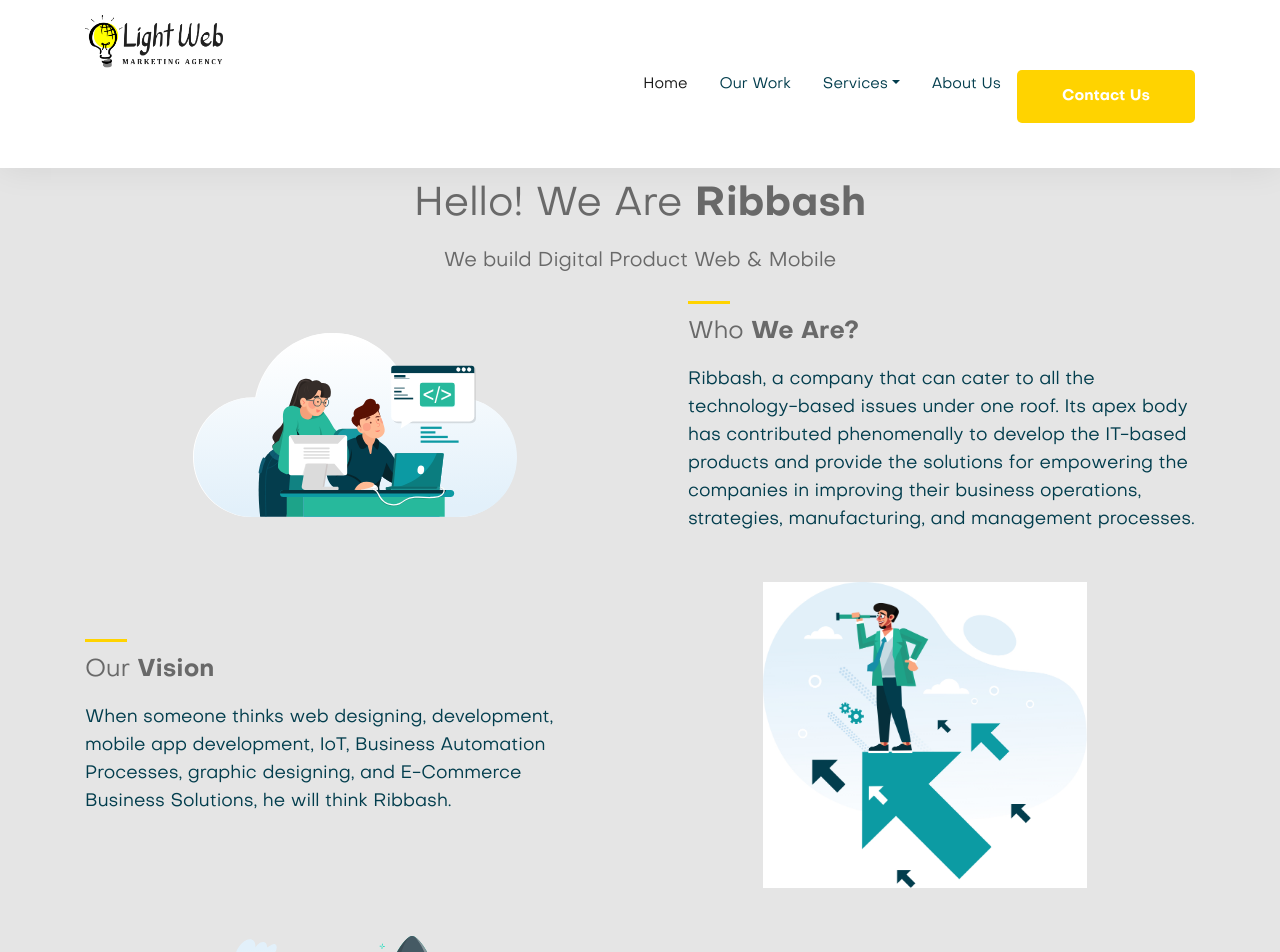
Repository: ahsankalim09/light-Agency
Page: about-us.html
An editor plug-in stored every save of this project. The page is shown before and after the next save, followed by the edit.
The browser window is 1280 px wide. The pictures show the part of the page from y = 0 to 952 px (the page is 3515 px tall).

Above is the page before, as saved 2020-11-07 18:57:15.

### about-us.html
<!DOCTYPE html>
<html lang="en">

<!-- Mirrored from www.ribbash.com/about-us.html by HTTrack Website Copier/3.x [XR&CO'2014], Sun, 11 Oct 2020 15:06:10 GMT -->
<head>
	<meta charset="UTF-8">
	<meta name="viewport" content="width=device-width, initial-scale=1.0">
	<title>About - Ribbash Digital</title>

	<!-- CSS -->
    <link rel="stylesheet" href="css/bootstrap.min.css" media="all" />
    <link rel="stylesheet" href="css/all.min.css" media="all" />
    <link rel="stylesheet" href="css/owl.carousel.min.css" media="all" />
	<link rel="stylesheet" href="css/owl.theme.default.min.css" media="all" />
	<link rel="stylesheet" href="css/animate.min.css" media="all" />

	<link rel="stylesheet" href="css/el_style.css">

    <link rel="stylesheet" href="css/style.css" media="all" />
    <link rel="stylesheet" href="css/colors.css" media="all" />
	<link rel="stylesheet" href="css/responsive.css" media="all" />

	<link rel="icon" href="img/favicon.svg" type="image/svg+xml" sizes="any" />

	<script src="../www.google.com/recaptcha/api.js" async defer></script>

	<!-- Global site tag (gtag.js) - Google Analytics -->
    <script async src="https://www.googletagmanager.com/gtag/js?id=UA-175567433-1"></script>
    <script>
      window.dataLayer = window.dataLayer || [];
      function gtag(){dataLayer.push(arguments);}
      gtag('js', new Date());

      gtag('config', 'UA-175567433-1');
    </script>

</head>

<body>
	<div class="rd-wrap">

		 <!--Header Section Start-->
		 <header class="rd-header fixed-top rd-header-white">
			<div class="container">
			  <nav class="navbar navbar-expand-lg navbar-light px-0 rd-navbar">
				<a class="navbar-brand rd-logo py-0" href="index.html">
				  <img src="assests/icon/logo-black.svg" alt="logo" />
				</a>
				<button
				  class="navbar-toggler"
				  type="button"
				  data-toggle="collapse"
				  data-target="#defaultNavbar1"
				  aria-controls="defaultNavbar1"
				  aria-expanded="false"
				  aria-label="Toggle navigation"
				>
				  <span class="navbar-toggler-icon"></span>
				</button>

				<div class="collapse navbar-collapse" id="defaultNavbar1">
				  <ul class="navbar-nav ml-auto rd-navmenu">
					<li class="nav-item active">
					  <a class="nav-link pl-3 pr-3" href="index.html"
						>Home <span class="sr-only">(current)</span></a
					  >
					</li>
					<li class="nav-item dropdown">
					  <a
						class="nav-link pl-3 pr-3"
						href="#"
						id="ourWorkDropdown"
						role="button"
						data-toggle="dropdown"
						aria-haspopup="true"
						aria-expanded="false"
						>Our Work</a
					  >
					</li>
					<li class="nav-item dropdown">
					  <a
						class="nav-link dropdown-toggle pl-3 pr-3"
						href="#"
						id="servicesDropdown"
						role="button"
						data-toggle="dropdown"
						aria-haspopup="true"
						aria-expanded="false"
						>Services</a
					  >
					  <div
						class="dropdown-menu rd-dropdown-services"
						aria-labelledby="servicesDropdown"
					  >
						<div class="container">
						  <div class="row row-cols-1 row-cols-lg-3">
							<div class="col">
							  <a class="dropdown-item" href="ui-ux.html">
								<img
								  src="assests/icon/SEO icon.svg"
								  alt="ui-ux-icon"
								/>
								<span>SEO Services</span>
							  </a>
							</div>
							<div class="col">
							  <a class="dropdown-item" href="ui-ux.html">
								<img
								  src="assests/icon/social media marketing  icon.svg"
								  alt="web-developer-icon"
								/>
								<span>Social Media Marketing</span>
							  </a>
							</div>
							<div class="col">
							  <a class="dropdown-item" href="ui-ux.html">
								<img
								  src="assests/icon/web development icon.svg"
								  alt="mobile-developer-icon"
								/>
								<span>Web Development Services</span>
							  </a>
							</div>
						  </div>
						  <div class="row row-cols-1 row-cols-lg-3">
							<div class="col">
							  <a class="dropdown-item" href="ui-ux.html">
								<img
								  src="assests/icon/graphic design icon.svg"
								  alt="ui-ux-icon"
								/>
								<span>Graphics Design</span>
							  </a>
							</div>
							<div class="col">
							  <a class="dropdown-item" href="ui-ux.html">
								<img
								  src="assests/icon/content writing icon.svg"
								  alt="web-developer-icon"
								/>
								<span>Content Writer</span>
							  </a>
							</div>
							<div class="col">
							  <a class="dropdown-item" href="ui-ux.html">
								<img
								  src="assests/icon/ppc icon.svg"
								  alt="mobile-developer-icon"
								/>
								<span>PPC / Advertising</span>
							  </a>
							</div>
						  </div>
						</div>
					  </div>
					</li>
					<!-- <li class="nav-item"><a class="nav-link pl-3 pr-3" href="#">Jobs</a></li> -->
					<li class="nav-item">
					  <a class="nav-link pl-3 pr-3" href="about-us.html"
						>About Us</a
					  >
					</li>
					<li class="nav-item px-3 px-lg-0">
					  <a
					  class="btn btn-light rd-button rd-button-yellow rd-button-effect1 mt-4 wow rubberBand"
					  style="background-color: #ffd300; color: white;"
						href="contact-us.html"
						data-wow-delay="1s"
						>Contact Us</a
					  >
					</li>
				  </ul>
				</div>
			  </nav>
			</div>
		  </header>
		  <!--Header Section End-->

		<!--Intro Section Start-->
		<section class="rd-pt-180 rd-pb-65">
			<div class="container">
				<div class="row justify-content-md-center mb-4">
					<div class="col-12">
						<div class="rd-infobox text-center rd-text-dark wow fadeInUp">
							<h2 class="rd-title rd-title-strip rd-title-strip-green rd-title-strip-center mb-3">
								<span class="font-weight-normal">Hello! We are</span>
								<span class="font-weight-bold">Ribbash</span>
							</h2>
							<p class="rd-text">We build Digital Product Web & Mobile</p>
						</div>
					</div>
				</div>
				<div class="row align-items-md-center mb-5">
					<div class="col-12 col-md-6 mb-5 mb-md-0">
						<figure class="wow fadeInUp">
							<img src="img/who-we-are.svg" alt="who we are" />
						</figure>
					</div>
					<div class="col-12 col-md-6 pl-md-5">
						<div class="rd-infobox rd-text-dark">
							<h2 class="rd-mini-title rd-title-strip rd-title-strip-green mb-3 wow fadeInUp">
								<span class="font-weight-normal">Who</span>
								<span class="font-weight-bold">We Are?</span>
							</h2>
							<p class="rd-sub-text mb-0 wow fadeInUp">Ribbash, a company that can cater to all the technology-based issues under one roof. Its apex body has contributed phenomenally to develop the IT-based products and provide the solutions for empowering the companies in improving their business operations, strategies, manufacturing, and management processes.</p>
						</div>
					</div>
				</div>
				<div class="row align-items-md-center mb-5 flex-column-reverse flex-md-row">
					<div class="col-12 col-md-6 pr-md-5">
						<div class="rd-infobox rd-text-dark">
							<h2 class="rd-mini-title rd-title-strip rd-title-strip-green mb-3 wow fadeInUp">
								<span class="font-weight-normal">Our</span>
								<span class="font-weight-bold">Vision</span>
							</h2>
							<p class="rd-sub-text mb-0 wow fadeInUp">When someone thinks web designing, development, mobile app development, IoT, Business Automation Processes, graphic designing, and E-Commerce Business Solutions, he will think Ribbash.</p>
						</div>
					</div>
					<div class="col-12 col-md-6 mb-5 mb-md-0">
						<figure class="wow fadeInUp">
							<img src="img/our-vision.jpg" alt="Our vision" />
						</figure>
					</div>
				</div>
				<div class="row align-items-md-center">
					<div class="col-12 col-md-6 mb-5 mb-md-0">
						<figure class="wow fadeInUp">
							<img src="img/our-mission.svg" alt="Our Mission" />
						</figure>
					</div>
					<div class="col-12 col-md-6 pl-md-5">
						<div class="rd-infobox rd-text-dark">
							<h2 class="rd-mini-title rd-title-strip rd-title-strip-green mb-3 wow fadeInUp">
								<span class="font-weight-normal">Our</span>
								<span class="font-weight-bold">Mission</span>
							</h2>
							<p class="rd-sub-text mb-0 wow fadeInUp">To help the businesses become trustworthy and innovative in their respective industries via providing Top-Notch IT services and products globally</p>
						</div>
					</div>
				</div>
			</div>
		</section>
		<!--Intro Section End-->

		<!--What We Do Section Start-->
		<section class="rd-pt-65 rd-pb-65">
			<div class="container">
				<div class="row">
					<div class="col">
						<div class="rd-infobox text-center rd-text-dark">
							<h2 class="rd-mini-title rd-title-strip rd-title-strip-green rd-title-strip-center mb-3 wow fadeInUp">
								<span class="font-weight-bold">What</span>
								<span class="font-weight-normal">we do?</span>
							</h2>
							<p class="rd-sub-text wow fadeInUp">Ribbash shows great concerns over the toughest challenges faced by our clients by handling all their issues related to
								developing strategy, consultation regarding technology advancements, digital marketing, improve business operations,
								and improve online look and feel. We are focused on providing innovation to our clients and improving their working
								procedures and lives. With the expertise of providing IT solutions across more than 20 industries, we deliver results
								that can address all the needs for a new digital world that has become demanding and challenging now.</p>
						</div>
						<div class="rd-video wow fadeInUp">
							<iframe width="100%" height="506" src="https://www.youtube.com/embed/Db9TaKlDi80" frameborder="0" allow="accelerometer; autoplay; encrypted-media; gyroscope; picture-in-picture" allowfullscreen></iframe>
						</div>
					</div>
				</div>
			</div>
		</section>
		<!--What We Do Section End-->

		<!--Intro Section Start-->
		<section class="rd-pt-180 rd-pb-65">
			<div class="container">
				<div class="row align-items-md-center">
					<div class="col-12 col-md-5 col-xl-6 pr-xl-5 mb-4 mb-md-0">
						<div class="rd-infobox rd-text-dark">
							<h2 class="rd-mini-title rd-title-strip rd-title-strip-green mb-3 wow fadeInUp">
								<span class="font-weight-normal">Our</span>
								<span class="font-weight-bold">Core Values</span>
							</h2>
							<p class="rd-sub-text mb-0 wow fadeInUp">Our core values describe the character of our
								company and define our culture in the organization.
								These values and culture are largely dependent on
								individual behaviors, and our team is ready to
								accept the challenge of acting in the organization and making decisions.</p>
						</div>
					</div>
					<div class="col-12 col-md-7 col-xl-6">
						<div class="row">
							<div class="col-6 col-lg-4 py-3 align-self-center">
								<h4 class="rd-mini-title text-center text-uppercase rd-text-dark rd-value-title wow fadeInUp">
									<span>Our Key</span>
									<span>Values are</span>
								</h4>
							</div>
							<div class="col-6 col-lg-4 py-3">
								<figure class="rd-value wow fadeInUp">
									<img src="img/hand-shake.svg" alt="our values" />
									<figcaption>Client Value Creation</figcaption>
								</figure>
							</div>
							<div class="col-6 col-lg-4 py-3">
								<figure class="rd-value wow fadeInUp">
									<img src="img/global-networking.svg" alt="our values" />
									<figcaption>Global Networking</figcaption>
								</figure>
							</div>
							<div class="col-6 col-lg-4 py-3">
								<figure class="rd-value wow fadeInUp">
									<img src="img/respect-for-all.svg" alt="our values" />
									<figcaption>Respect for all</figcaption>
								</figure>
							</div>
							<div class="col-6 col-lg-4 py-3">
								<figure class="rd-value wow fadeInUp">
									<img src="img/integrity.svg" alt="our values" />
									<figcaption>Integrity</figcaption>
								</figure>
							</div>
							<div class="col-6 col-lg-4 py-3">
								<figure class="rd-value wow fadeInUp">
									<img src="img/stewardship.svg" alt="our values" />
									<figcaption>Stewardship</figcaption>
								</figure>
							</div>
						</div>
					</div>
				</div>
			</div>
		</section>
		<!--Intro Section End-->

		<!--Contact Form Section Start-->
        <section class="rd-contact-form-section rd-pt-65">
            <div class="container-fluid">
                <div class="rd-contact-form-box rd-container-1170 wow pulse">
                    <div class="rd-infobox text-center">
                        <h2 class="rd-title rd-title-strip rd-title-strip-dark rd-title-strip-center rd-text-dark mb-3">
                            <span class="font-weight-bold">Let Us Help In Your Next Project</span>
                        </h2>
                    </div>
                    <form class="rd-contact-form" action="https://www.ribbash.com/includes/contact-form-handler.php" method="post">
                        <div class="row">
                            <div class="form-group col-md-4 mb-4">
                                <label for="full-name">Full Name</label>
                                <input type="text" name="full-name" id="full-name" class="form-control" placeholder="John Smiths">
                            </div>
                            <div class="form-group col-md-4 mb-4">
                                <label for="email">Email</label>
                                <input type="email" name="email" id="email" class="form-control" placeholder="johnsmiths@ribbash.com" required>
                            </div>
                            <div class="form-group col-md-4 mb-4">
                                <label for="website">Website</label>
                                <input type="text" name="website" id="website" class="form-control" placeholder="https://www.example.com/">
                            </div>
                        </div>
                        <div class="form-group">
                            <label for="message">Message</label>
                            <textarea class="form-control" name="message" id="message" rows="3" required></textarea>
                        </div>
                        <div class="d-sm-flex justify-content-sm-end align-items-sm-end text-center">
                            <div class="g-recaptcha" data-sitekey="6LfEOMMZAAAAAFNCLAlcVjky3u9YUYHCsePmSyY_"></div>
                            <button class="btn btn-light rd-button rd-gradient-bg-orient-blue rd-button-effect1 mt-4 mt-sm-0 ml-sm-3" type="submit">Submit</button>
                        </div>
                    </form>
                </div>
            </div>
        </section>
        <!--Contact Form Section End-->

		<!--Footer Section Start-->
		<footer class="rd-footer">
			<div class="rd-footer-top rd-gradient-bg-orient-blue pb-5 rd-clip-bg-top-left font-weight-light">
				<div class="container">
					<div class="row d-none">
						<div class="col">
							<div class="rd-infobox text-center">
								<h2 class="rd-title rd-title-strip rd-title-strip-center text-white mb-3">
									<span class="font-weight-bold">Company News</span>
								</h2>
							</div>
							<!--Owl-Carousel Start-->
							<div class="owl-carousel owl-theme rd-blog-carousel">
								<div class="card rd-blog-item border-0">
									<figure class="rd-blog-img mb-0">
										<img src="img/mask-group--14.jpg" srcset="img/mask-group--14@2x.jpg 2x, img/mask-group--14@3x.jpg 3x" alt="">
									</figure>
									<div class="card-body d-flex flex-column rd-blog-content">
										<h4 class="rd-blog-title">
											<a href="#">Lorem Ipsum is simply dummy text of the printing</a>
										</h4>
										<div class="rd-blog-metadata mt-auto">
											<span class="rd-blog-published"><i class="far fa-calendar-alt"></i>2 Days Ago</span>
											<span class="rd-blog-time"><i class="far fa-clock"></i>2 mint</span>
										</div>
									</div>
								</div>
								<div class="card rd-blog-item border-0">
									<figure class="rd-blog-img mb-0">
										<img src="img/mask-group--11.jpg" srcset="img/mask-group--11@2x.jpg 2x, img/mask-group--11@3x.jpg 3x" alt="">
									</figure>
									<div class="card-body d-flex flex-column rd-blog-content">
										<h4 class="rd-blog-title">
											<a href="#">Porem Ipsum is simply dummy of the printing and typesetting.</a>
										</h4>
										<div class="rd-blog-metadata mt-auto">
											<span class="rd-blog-published"><i class="far fa-calendar-alt"></i>2 Days Ago</span>
											<span class="rd-blog-time"><i class="far fa-clock"></i>2 mint</span>
										</div>
									</div>
								</div>
								<div class="card rd-blog-item border-0">
									<figure class="rd-blog-img mb-0">
										<img src="img/people-inside-room-3184657.jpg" srcset="img/people-inside-room-3184657@2x.jpg 2x, img/people-inside-room-3184657@3x.jpg 3x" alt="">
									</figure>
									<div class="card-body d-flex flex-column rd-blog-content">
										<h4 class="rd-blog-title">
											<a href="#">Horem Ipsum has been the industrys standard dummy text ever since.</a>
										</h4>
										<div class="rd-blog-metadata mt-auto">
											<span class="rd-blog-published"><i class="far fa-calendar-alt"></i>2 Days Ago</span>
											<span class="rd-blog-time"><i class="far fa-clock"></i>2 mint</span>
										</div>
									</div>
								</div>
								<div class="card rd-blog-item border-0">
									<figure class="rd-blog-img mb-0">
										<img src="img/mask-group--11.jpg" srcset="img/mask-group--11@2x.jpg 2x, img/mask-group--11@3x.jpg 3x" alt="">
									</figure>
									<div class="card-body d-flex flex-column rd-blog-content">
										<h4 class="rd-blog-title">
											<a href="#">Porem Ipsum is simply dummy of the printing and typesetting.</a>
										</h4>
										<div class="rd-blog-metadata mt-auto">
											<span class="rd-blog-published"><i class="far fa-calendar-alt"></i>2 Days Ago</span>
											<span class="rd-blog-time"><i class="far fa-clock"></i>2 mint</span>
										</div>
									</div>
								</div>
							</div>
							<!--Owl-Carousel End-->
						</div>
					</div>
					<span class="rd-divider w-100 mt-5 mb-5 d-none"></span>
					<div class="row text-white">
						<div class="col-12 col-md-4">
							<div class="rd-footer-intro">
								<a class="rd-footer-logo d-inline-block mb-4" href="index-2.html">
									<img src="img/logo-white.svg" alt="logo" />
								</a>
								<p class="mb-0">When someone thinks web designing, development, mobile app development, IoT, Business Automation Processes, graphic designing, and E-Commerce Business Solutions, he will think Ribbash.</p>
							</div>
						</div>
						<div class="col-12 col-md-8">
							<div class="row">
								<div class="col-12 col-md-4">
										<h4 class="rd-sub-title mt-4 mb-3">Quick Links</h4>
										<ul class="rd-footer-list rd-quick-links list-inline mb-0">
											<li><a href="ui-ux.html">UI/UX Design</a></li>
											<li><a href="web-development.html">Website Development</a></li>
											<li><a href="mobile-development.html">Mobile Development</a></li>
										</ul>
								</div>
								<div class="col-12 col-md-4">
									<div class="rd-footer-links-wrap">
										<h4 class="rd-sub-title mt-4 mb-3">Follow Us</h4>
										<ul class="rd-footer-list rd-social-links-vr list-inline mb-0">
											<li>
												<i class="fab fa-facebook-f"></i>
												<a href="http://facebook.com/ribbashdigital" target="_blank">Facebook</a>
											</li>
											<li>
												<i class="fab fa-instagram"></i>
												<a href="http://instagram.com/ribbashdigital" target="_blank">Instagram</a>
											</li>
										</ul>
									</div>
								</div>
								<div class="col-12 col-md-4">
									<div class="rd-footer-links-wrap">
										<h4 class="rd-sub-title mt-4 mb-3">Contact Us</h4>
										<ul class="rd-footer-list rd-contact-info list-inline mb-0">
											<li>
												<i class="fas fa-envelope"></i>
												<a href="mailto:hello@ribbash.com">hello@ribbash.com</a>
											</li>
											<li class="d-flex align-items-baseline">
												<i class="fas fa-map-marker-alt"></i>
												<span>Main Boulevard, Gulberg III, Lahore, Punjab, Pakistan</span>
											</li>
										</ul>
									</div>
								</div>
							</div>
						</div>
					</div>
				</div>
			</div>
			<div class="rd-copyright-footer rd-text-dark">
				<div class="container">
					<div class="row">
						<div class="col-12 text-center">
							<p class="rd-sub-text mb-0 font-weight-normal">©2020 - Ribbash | All Right Reserved</p>
						</div>
					</div>
				</div>
			</div>
		</footer>
		<!--Footer End-->

	</div>


    <!-- jQuery library -->
	<script src="js/jquery-3.4.1.min.js"></script>
	<script src="js/bootstrap.bundle.min.js"></script>
	<script src="js/owl.carousel.min.js"></script>
	<script src="js/wow.min.js"></script>

	<script src="js/bodymovin.js"></script>
	<script src="js/home_index.js"></script>
	<script src="js/jquery.parallax-scroll.js"></script>

	<script src="js/custom-script.js"></script>

</body>

<!-- Mirrored from www.ribbash.com/about-us.html by HTTrack Website Copier/3.x [XR&CO'2014], Sun, 11 Oct 2020 15:06:15 GMT -->
</html>

Loaded but not shown: css/bootstrap.min.css (library); css/all.min.css (library); css/owl.carousel.min.css (library); css/owl.theme.default.min.css (common file); css/animate.min.css (library); js/jquery-3.4.1.min.js (library); js/bootstrap.bundle.min.js (library); js/owl.carousel.min.js (library); js/wow.min.js (library); js/bodymovin.js (library); js/jquery.parallax-scroll.js (library); js/home_index.js (217 lines, source omitted); js/custom-script.js (229 lines, source omitted); css/el_style.css (1482 lines, source omitted); css/style.css (1903 lines, source omitted); css/responsive.css (539 lines, source omitted); css/colors.css (150 lines, source omitted)

After the next save:
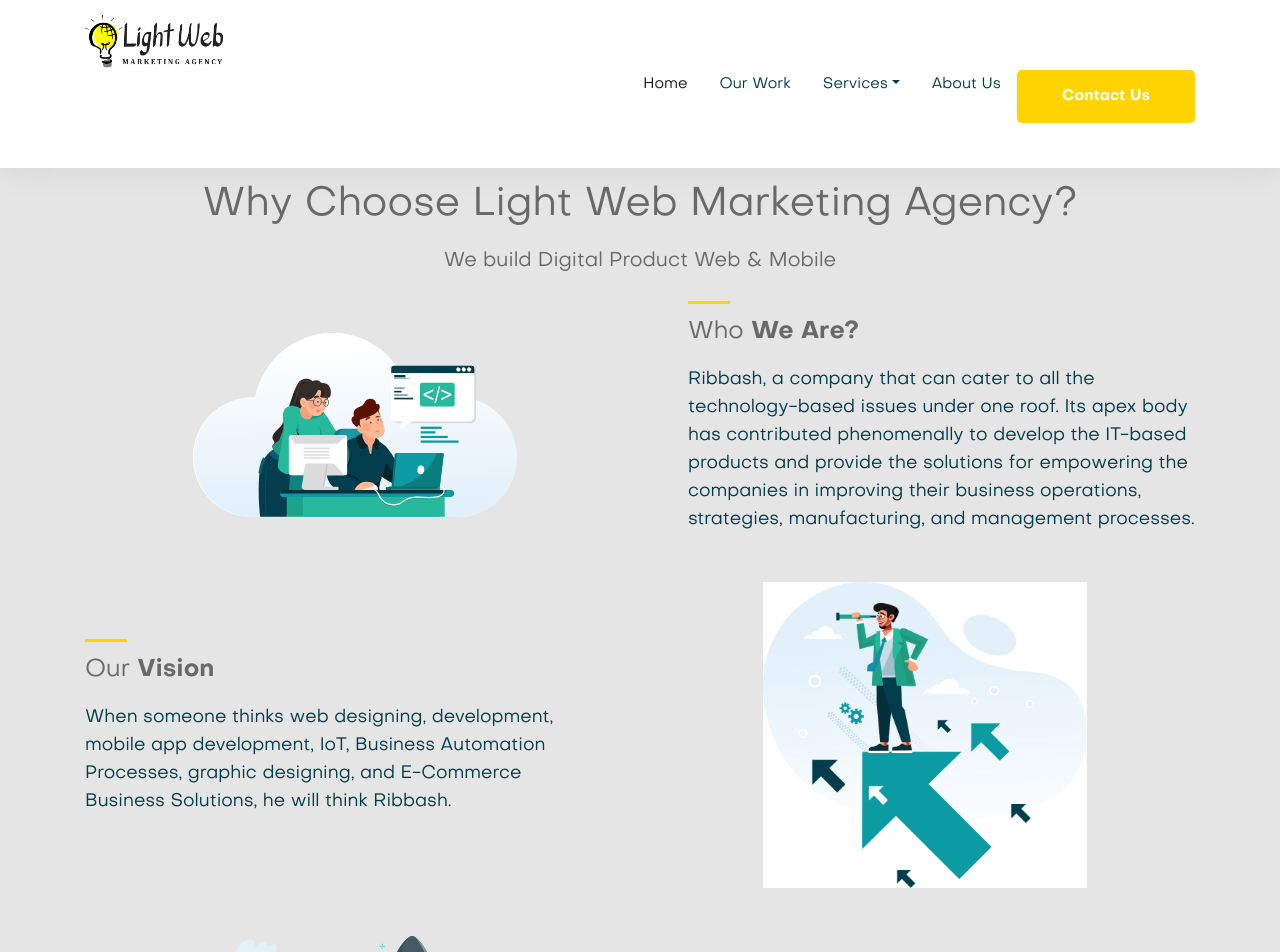
Saved 83 s later.
--- a/about-us.html
+++ b/about-us.html
@@ -183,8 +183,8 @@
 					<div class="col-12">
 						<div class="rd-infobox text-center rd-text-dark wow fadeInUp">
 							<h2 class="rd-title rd-title-strip rd-title-strip-green rd-title-strip-center mb-3">
-								<span class="font-weight-normal">Hello! We are</span>
-								<span class="font-weight-bold">Ribbash</span>
+								<span class="font-weight-normal">Why Choose Light Web Marketing Agency?</span>
+								<!-- <span class="font-weight-bold">Ribbash</span> -->
 							</h2>
 							<p class="rd-text">We build Digital Product Web & Mobile</p>
 						</div>
